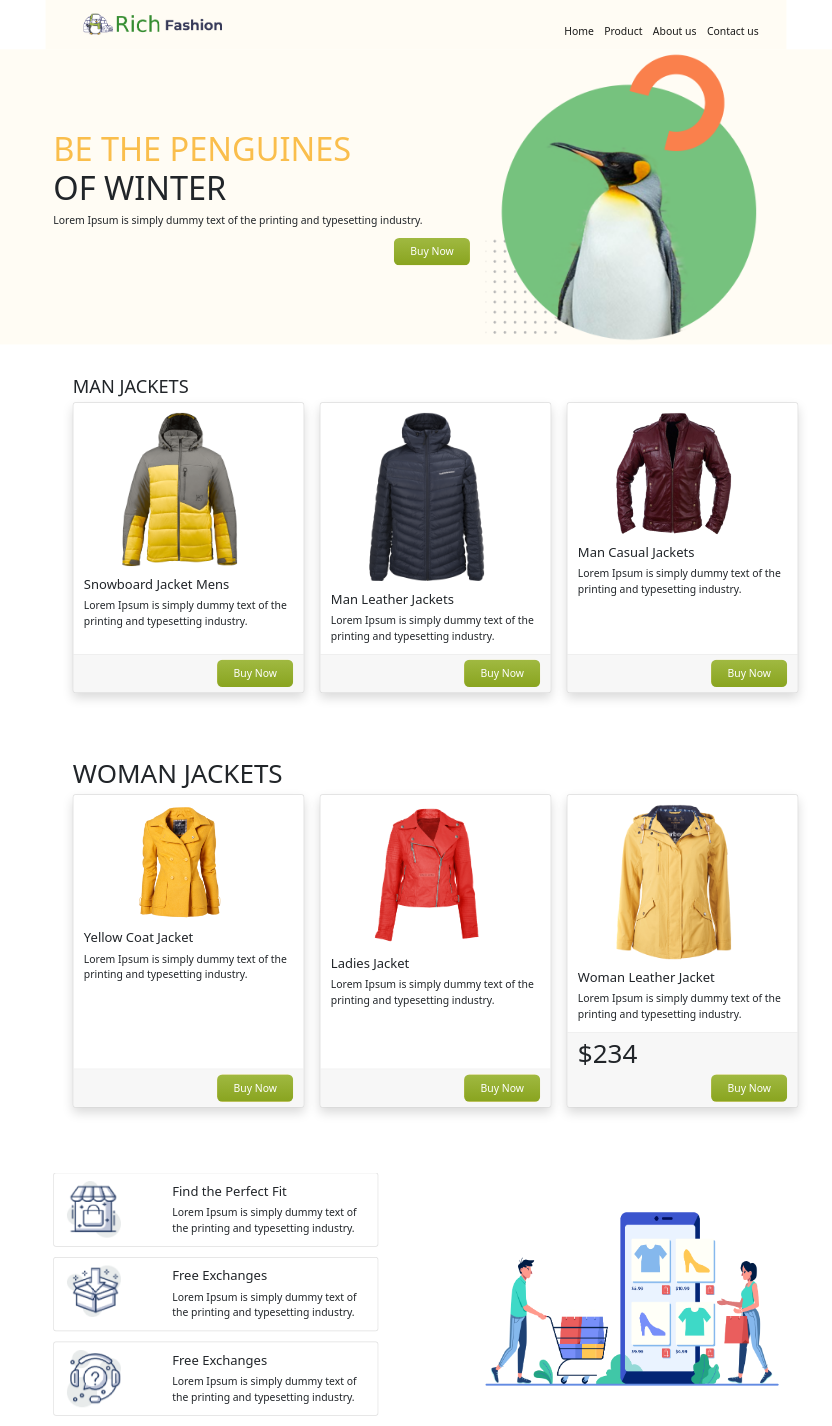
Repository: sabbircse3/fashion
Page: index.html
These files come from the project's save history. The page is drawn as it stood at one moment and after a run of saves; the edit follows.
The browser window is 1280 px wide. The pictures show the whole page, at 65% of full size.

Above is the page before, as saved 2021-01-14 04:11:42.

After the next 2 saves:
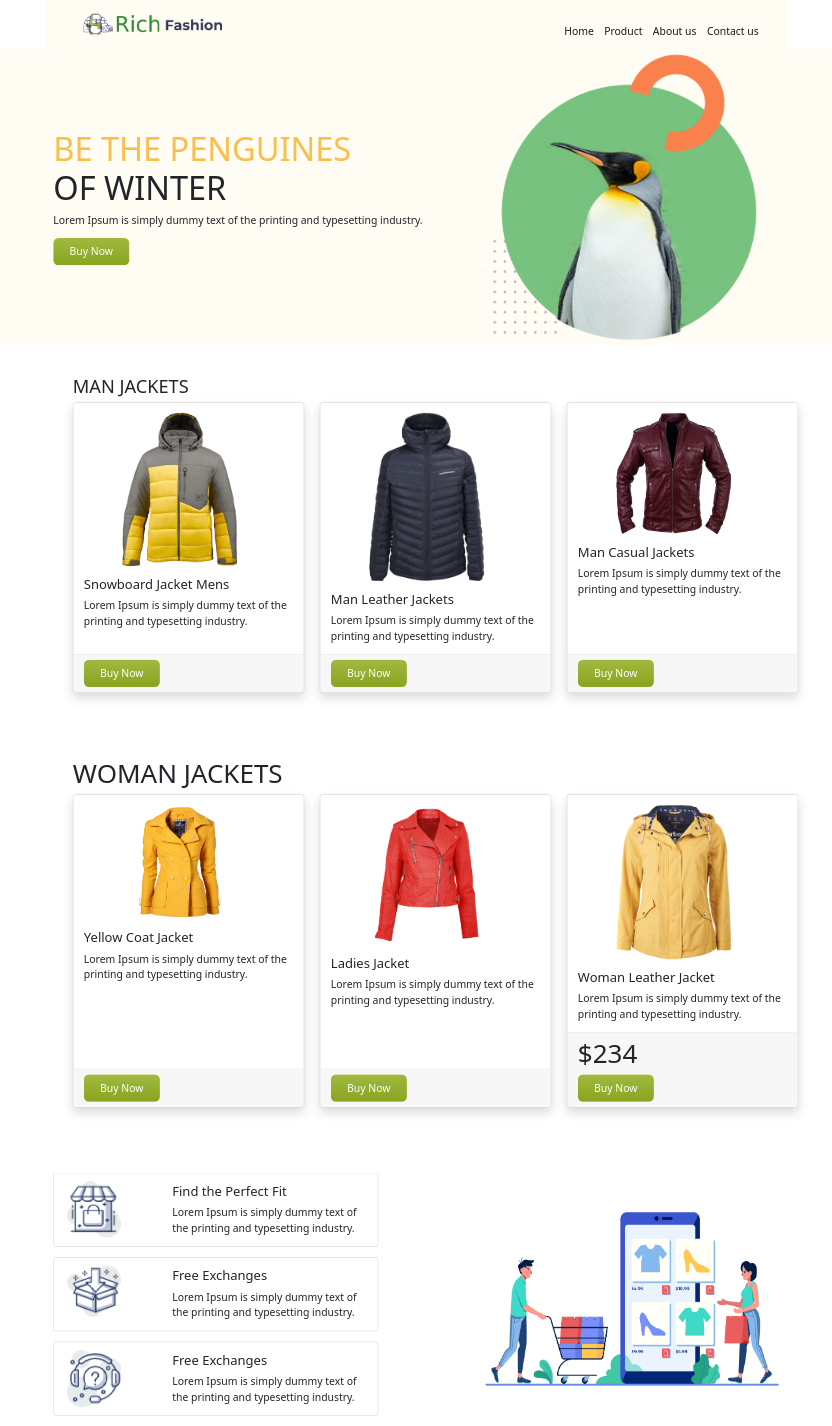
The 2 saves are shown as one change because they came seconds apart.
The last was saved 27 s later.
--- a/index.html
+++ b/index.html
@@ -69,8 +69,6 @@
     border-radius: 8px;
     padding: 9px 25px;
     cursor: pointer;
-    position: relative;
-    float: right;
 }
 
     </style>
